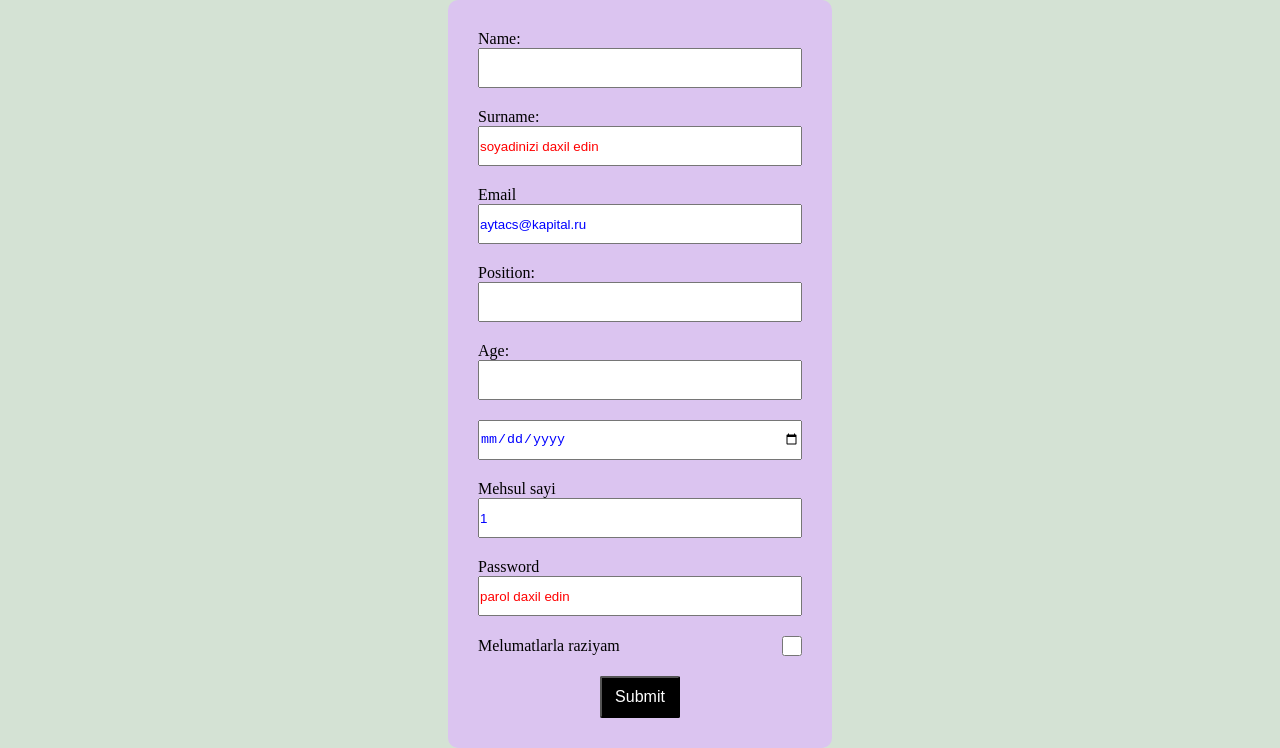
Repository: AytacSafarova/Form-lesson
Page: index.html
An editor plug-in stored every save of this project. The page is shown before and after the next save, followed by the edit.
The browser window is 1280 px wide. The pictures show the whole page.

Above is the page before, as saved 2023-08-29 14:52:50.

### index.html
<!DOCTYPE html>
<html lang="en">
  <head>
    <meta charset="UTF-8" />
    <meta name="viewport" content="width=device-width, initial-scale=1.0" />
    <title>Document</title>
    <link rel="stylesheet" href="./index.css" />
  </head>
  <body>
    <div>
      <form action="">
        <label for="">
          Name:
          <input type="text" name="user-name" required/>
        </label>
        <label for="">
          Surname:
          <input placeholder="soyadinizi daxil edin" type="text" required />
        </label>
        <label for="">
          Email
          <input
            placeholder="emaili daxil edin"
            type="email"
            value="aytacs@kapital.ru"
          />
        </label>
        <label for="">
          Position:
          <input type="text" />
        </label>
        <label for="">
          Age:
          <input type="number" />
        </label>
        <label for="">
          <input type="date" />
        </label>
        <label for="">
          Mehsul sayi
          <input
            placeholder="mehsul sayini daxil edin"
            type="number"
            value="1"
          />
        </label>

        <label for="">
          Password
          <input placeholder="parol daxil edin" type="password" />
        </label>
        <label for="" class="input-checkbox">
            Melumatlarla raziyam
            <input type="checkbox">
        </label>
        <button type="submit">Submit</button>
      </form>
    </div>
  </body>
  <script src="index.js"></script>
</html>

### index.css
*{
    margin: 0;
    padding: 0;
    box-sizing: border-box;
}
div{
    background-color: #D4E2D4;
   min-height: 100vh;
   width: 100%;
   display: flex;
   justify-content: center;
   align-items: center;
}
form{
    width: 30%;
    padding: 30px;
    background-color: #DBC4F0;
    border-radius: 10px;
    display: flex;
    flex-direction: column;
    gap: 20px;
}
input{
width: 100%;
height: 40px;
color: blue;
}

input::placeholder{
    color: red;
}

.input-checkbox{
    display: flex;
    align-items: center;
    justify-content: space-between;
}
.input-checkbox input{
    width: 20px;
    height: 20px;
}
button{
  padding: 10px;
  width: 80px;
  margin: auto;
  background-color: black;
  color: white;
  font-size: 16px;
  border-radius: 2px;

}

### index.js
document.querySelector('form').addEventListener('submit',(e)=>{
e.preventDefault()
})

After the next save:
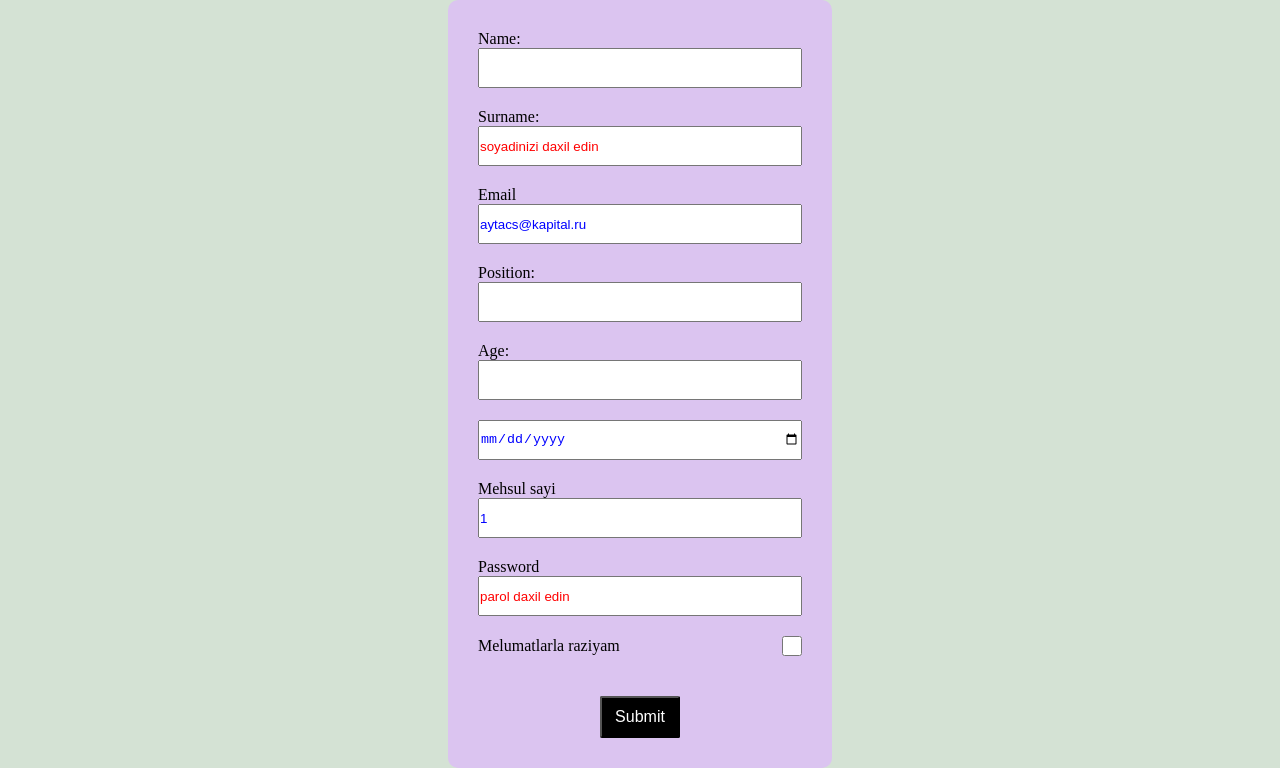
Saved 80 s later.
--- a/index.html
+++ b/index.html
@@ -53,6 +53,7 @@
             Melumatlarla raziyam
             <input type="checkbox">
         </label>
+        <label for=""></label>
         <button type="submit">Submit</button>
       </form>
     </div>
